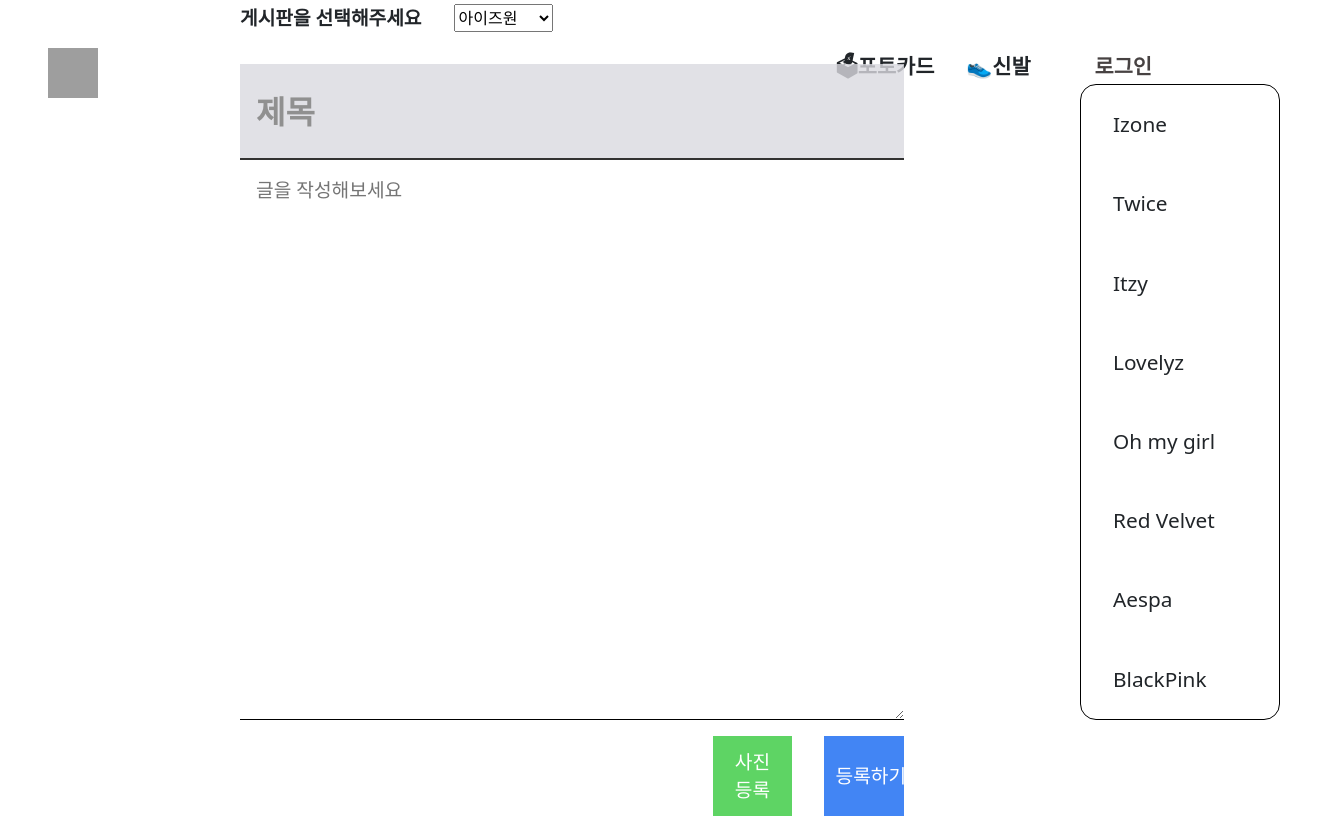
Repository: hwangstar156/goods-trader
Page: /write
An editor plug-in stored every save of this project. The page is shown before and after the next save, followed by the edit.
The browser window is 1280 px wide. The page is 1328 px wide, so the pictures cover 1328 px, including what lies to the right of the window. The pictures show the whole page.
Pictures or frames that could not be fetched are drawn as grey boxes. Some web libraries are served in a nearby version. The project was rebuilt for these pictures with package versions that can differ from the ones it lists, and the page was loaded fresh each time. Also part of the build but not shown: src/App.css, src/component/sign-up/sign-up.component.jsx, src/component/sign-in/sign-in.styles.scss, src/component/sign-in/sign-in.component.jsx, src/component/with-spinner/withSpinner.styles.scss, src/component/with-spinner/withSpinner.component.jsx, src/pages/userprofile/userprofile.styles.scss, src/pages/userprofile/userprofile.utils.js and 7 more.

Above is the page before, as saved 2021-09-05 18:09:36.

### public/index.html
<!DOCTYPE html>
<html lang="en">
  <head>
    <meta charset="utf-8" />
    <link rel="icon" href="%PUBLIC_URL%/favicon.ico" />
    <meta name="viewport" content="width=device-width, initial-scale=1" />
    <meta name="theme-color" content="#000000" />
    <meta
      name="description"
      content="Web site created using create-react-app"
    />
    <link rel="apple-touch-icon" href="%PUBLIC_URL%/logo192.png" />

    <link rel="manifest" href="%PUBLIC_URL%/manifest.json" />
    <script src="https://kit.fontawesome.com/08c91e1c0e.js" crossorigin="anonymous"></script>
    <title>Goods trader</title>
  </head>
  <body>
    <div id="root"></div>
  </body>
</html>

### src/index.js
import React from "react";
import ReactDOM from "react-dom";
import "./index.css";
import App from "./App";
import reportWebVitals from "./reportWebVitals";
import { BrowserRouter } from "react-router-dom";
import { PersistGate } from "redux-persist/integration/react";
import { store, persistor } from "./redux/store";
import { Provider } from "react-redux";
import "bootstrap/dist/css/bootstrap.min.css";
ReactDOM.render(
  <Provider store={store}>
    <BrowserRouter>
      <PersistGate persistor={persistor}>
        <App />
      </PersistGate>
    </BrowserRouter>
  </Provider>,

  document.getElementById("root")
);

// If you want to start measuring performance in your app, pass a function
// to log results (for example: reportWebVitals(console.log))
// or send to an analytics endpoint. Learn more: https://bit.ly/CRA-vitals
reportWebVitals();

### src/App.js
import "./App.css";
import { Switch, Route, Redirect } from "react-router-dom";
import SignUpPage from "./component/sign-up/sign-up.component";
import SignInPage from "./component/sign-in/sign-in.component";
import UserProfileContainer from "./pages/userprofile/userprofile.container";
import React, { useEffect } from "react";
import Header from "./component/header/header.component";
import HomePage from "./pages/homepage.component";
import { useDispatch, useSelector } from "react-redux";
import { selectCurrentUser } from "./redux/user/user.selector";
import { checkUserSession } from "./redux/user/user.action";
import WritePage from "./pages/write/write.pages";
const App = () => {
  const currentUser = useSelector(selectCurrentUser);
  const dispatch = useDispatch();

  useEffect(() => {
    dispatch(checkUserSession());
  }, [dispatch]);
  return (
    <>
      <Header />
      <Switch>
        <Route exact path="/" render={() => <HomePage />} />
        <Route exact path="/signup" component={SignUpPage} />
        <Route
          exact
          path="/signin"
          render={() => (currentUser ? <Redirect to="/" /> : <SignInPage />)}
        />
        <Route exact path="/profile" component={UserProfileContainer}></Route>
        <Route exact path="/write" component={WritePage}></Route>
      </Switch>
    </>
  );
};

export default App;

### src/redux/store.js
import { createStore, applyMiddleware } from "redux";
import logger from "redux-logger";
import { persistStore } from "redux-persist";
import rootReducer from "./root-redux";
import { composeWithDevTools } from "redux-devtools-extension";
import createSagaMiddleware from "redux-saga";
import rootSaga from "./root-saga";

const sagaMiddleware = createSagaMiddleware();
const middlewares = [logger, sagaMiddleware];

const store = createStore(
  rootReducer,
  composeWithDevTools(applyMiddleware(...middlewares))
);
sagaMiddleware.run(rootSaga);
const persistor = persistStore(store);

export { store, persistor };

### src/pages/userprofile/userprofile.container.jsx
import WithSpinner from "../../component/with-spinner/withSpinner.component";
import UserProfilePage from "./userprofile.pages";
import { compose } from "redux";
import { connect } from "react-redux";
import { createStructuredSelector } from "reselect";
import { selectUserFetching } from "../../redux/user/user.selector";

const mapStateToProps = createStructuredSelector({
  isLoading: selectUserFetching,
});

const UserProfileContainer = compose(
  connect(mapStateToProps),
  WithSpinner
)(UserProfilePage);

export default UserProfileContainer;

### src/component/header/header.component.jsx
import React from "react";
import ProfileIcon from "../userprofile/profileicon.component";
import { Link, useHistory } from "react-router-dom";
import "./header.styles.scss";
import { useSelector } from "react-redux";
import {
  selectCurrentUser,
  selectUserLoggedIn,
} from "../../redux/user/user.selector";

const Header = () => {
  const currentUser = useSelector(selectCurrentUser);
  const isLoggedIn = useSelector(selectUserLoggedIn);
  const history = useHistory();
  const handleLogoClick = () => {
    history.push("/");
  };

  return (
    <>
      <div className="header-container">
        <div className="logo" onClick={handleLogoClick}>
          <img
            src="https://www.freepnglogos.com/uploads/logo-website-png/logo-website-file-globe-icon-svg-wikimedia-commons-21.png"
            alt=""
            className="logo-img"
          />
        </div>
        <div className="header-element">
          {isLoggedIn ? (
            <Link className="header-write" to="/write">
              📝글쓰기
            </Link>
          ) : null}

          <div className="header-photocard">🗳포토카드</div>
          <div className="header-sneakers">👟신발</div>
          {currentUser ? (
            <ProfileIcon />
          ) : (
            <Link to="/signin" className="sign-in-btn">
              로그인
            </Link>
          )}
        </div>
      </div>
    </>
  );
};

export default Header;

### src/redux/user/user.selector.js
import { createSelector } from "reselect";

const selectUser = (state) => state.user;

export const selectCurrentUser = createSelector(
  [selectUser],
  (user) => user.currentUser
);

export const selectUserError = createSelector(
  [selectUser],
  (user) => user.error
);

export const selectUserFetching = createSelector(
  [selectUser],
  (user) => user.isFetching
);

export const selectUserLoggedIn = createSelector(
  [selectUser],
  (user) => user.isLoggedIn
);

### src/redux/user/user.action.js
import { UserActionTypes } from "./user.types";

export const googleSignInStart = () => ({
  type: UserActionTypes.GOOGLE_SIGN_IN_START,
});

export const emailSignInStart = (emailAndPassword) => ({
  type: UserActionTypes.EMAIL_SIGN_IN_START,
  payload: emailAndPassword,
});

export const signInSuccess = (user) => ({
  type: UserActionTypes.SIGN_IN_SUCCESS,
  payload: user,
});

export const signInFailure = (err) => ({
  type: UserActionTypes.SIGN_IN_FAILURE,
  payload: err,
});

export const checkUserSession = () => ({
  type: UserActionTypes.CHECK_USER_SESSION,
});

export const signOutStart = () => ({
  type: UserActionTypes.SIGN_OUT_START,
});

export const signOutSuccess = () => ({
  type: UserActionTypes.SIGN_OUT_SUCCESS,
});

export const signOutFailure = (err) => ({
  type: UserActionTypes.SIGN_OUT_FAILURE,
  payload: err,
});

export const signUpStart = (userObj) => ({
  type: UserActionTypes.SIGN_UP_START,
  payload: userObj,
});

export const signUpSuccess = ({ user, additionalData }) => ({
  type: UserActionTypes.SIGN_UP_SUCCESS,
  payload: { user, additionalData },
});

export const signUpFailure = (err) => ({
  type: UserActionTypes.SIGN_UP_FAILURE,
  payload: err,
});

export const refreshUserStart = () => ({
  type: UserActionTypes.REFRESH_USER_START,
});

export const refreshUserSuccess = (user) => ({
  type: UserActionTypes.REFRESH_USER_SUCCESS,
  payload: user,
});

export const refreshUserFailure = (err) => ({
  type: UserActionTypes.REFRESH_USER_FAILURE,
  payload: err,
});

### src/pages/write/write.pages.jsx
import React from "react";
import { useState } from "react";
import { useSelector } from "react-redux";
import { firestore, storageRef } from "../../firebase/firebase.utils";
import { selectCurrentUser } from "../../redux/user/user.selector";
import { v4 as uuidv4 } from "uuid";
import { useRef } from "react";
import MenuAside from "../../component/menu-aside/menu-aside.component";
import "github-markdown-css";
import "./write.styles.scss";
import { selectIdols } from "../../redux/idol/idol.selector";
const WritePage = () => {
  const imgRef = useRef(null);
  const currentUser = useSelector(selectCurrentUser);
  const idolCollection = useSelector(selectIdols);
  const [text, setText] = useState({
    headText: "",
    mainText: "",
  });
  const [file, setFile] = useState("");
  const [boardId, setBoardId] = useState("");
  const { headText, mainText } = text;

  const onSubmit = async (e) => {
    e.preventDefault();
    let fileUrl = "";
    const fileRef = storageRef.child(`${currentUser.id}/${uuidv4()}`);
    const responce = await fileRef.put(file);

    console.log(responce);
    responce.ref.getDownloadURL().then((url) => {
      fileUrl = url;
      imgRef.current.src = url;
    });

    const writing = {
      headText,
      mainText,
      createAt: Date.now(),
      fileUrl,
      boardId,
    };
    firestore.collection("writings").add(writing);
    setFile("");
    setText({
      ...text,
      headText: "",
      mainText: "",
    });
  };

  const onChangeTextInput = (e) => {
    const name = e.target.name;
    setText({
      ...text,
      [name]: e.target.value,
    });
  };

  const onChangeFiles = (e) => {
    const theFile = e.target.files[0];
    if (!theFile) {
      return;
    }
    if (!theFile.type.match(/image.*/)) {
      return;
    }
    setFile(theFile);
  };

  const onChangeSelectIdol = (e) => {
    setBoardId(encodeURIComponent(e.target.value));
  };

  return (
    <div className="write-container">
      <form onSubmit={onSubmit} className="inputs-form">
        <div className="select-container">
          <label htmlFor="">게시판을 선택해주세요</label>
          <select
            name="idol"
            id="select-collection"
            onChange={onChangeSelectIdol}
            className="idol-selector"
          >
            {idolCollection.map(({ id, title }) => (
              <option key={id} value={title}>
                {title}
              </option>
            ))}
          </select>
        </div>

        <input
          type="text"
          name="headText"
          className="head-input"
          value={headText}
          placeholder="제목"
          onChange={onChangeTextInput}
        />
        <textarea
          type="text"
          placeholder="글을 작성해보세요"
          className="main-input"
          name="mainText"
          value={mainText}
          onChange={onChangeTextInput}
        />
        <input
          type="file"
          accept="image/*"
          onChange={onChangeFiles}
          className="file-input"
        />
        <footer className="footer-element">
          <button type="button" className="file-btn">
            사진 등록
          </button>
          <input type="submit" className="submit-btn" value="등록하기" />
        </footer>
      </form>
      <MenuAside className="menu-aside" />
      <div className="image-preview">
        <img src="" alt="" ref={imgRef} />
      </div>
    </div>
  );
};

export default WritePage;

### src/redux/root-redux.js
import { combineReducers } from "redux";
import { persistReducer } from "redux-persist";
import storage from "redux-persist/lib/storage";
import idolReducer from "./idol/idol.reducer";
import userReducer from "./user/user.reducer";
const persistConfig = {
  key: "root",
  storage,
  whitelist: ["cart"],
};

const rootReducer = combineReducers({
  user: userReducer,
  idol: idolReducer,
});

export default persistReducer(persistConfig, rootReducer);

### src/redux/root-saga.js
import { all, call } from "redux-saga/effects";
import { userSagas } from "./user/user.saga";
export default function* rootSaga() {
  yield all([call(userSagas)]);
}

### src/component/sign-up/sign-up.styles.scss
@import url("https://fonts.googleapis.com/css2?family=Poppins&display=swap");
@import url("https://fonts.googleapis.com/css2?family=Jua&display=swap");

* {
  box-sizing: content-box;
  margin: 0;
}
.sign-up-page {
  width: 100%;
  height: 100vh;
  font-family: "Jua", sans-serif;
  & .form-input {
    display: flex;
    flex-direction: column;
    width: 35%;
    justify-content: center;
    margin: 0 auto;
    margin-top: 4rem;
    background-color: skyblue;
    padding: 3rem;
    border-radius: 1rem;

    & h3 {
      font-size: 2rem;
      text-align: center;
      color: black;
    }

    & .sign-up-input {
      margin-top: 2rem;
      height: 3rem;
      background-color: lightgray;
      border: 1px solid black;
      border-radius: 0.5rem;
      font-size: 1rem;
      letter-spacing: 0.1rem;
      padding-left: 1rem;
      &::placeholder {
        letter-spacing: normal;
        font-size: 80%;
        opacity: 1;
      }
    }
  }

  & .sign-up-title {
    display: flex;
    font-style: italic;
    padding-top: 3rem;
    font-size: 3em;

    color: tomato;
    justify-content: center;

    & strong {
      color: blue;
    }
  }

  & .submit-btn {
    width: 20%;
    margin: 4rem auto 0 auto;
    padding: 1rem;
    border-radius: 1.5rem;
    border: transparent;
    background-color: #4285f4;
    color: white;
    font-size: 1rem;

    &:hover {
      cursor: pointer;
      background-color: #357ae8;
    }
  }
}

### src/component/header/header.styles.scss
@import url("https://fonts.googleapis.com/css2?family=Jua&display=swap");

.header-container {
  display: flex;
  position: relative;
  left: 3rem;
  top: 3rem;
  & .logo-img {
    width: 50px;
    height: 50px;
    cursor: pointer;
  }

  & .header-element {
    display: flex;
    position: absolute;
    right: 11rem;
    font-size: 1.3rem;
    line-height: 40px;
    font-weight: 600;
    font-family: "Jua", sans-serif;

    & .header-write {
      text-decoration: none;
      color: rgb(71, 66, 66);
    }

    & .sign-in-btn {
      text-decoration: none;
      color: rgb(71, 66, 66);
    }
    & .header-write {
      margin-right: 2rem;
    }

    & .header-photocard {
      margin-right: 2rem;
    }

    & .header-sneakers {
      margin-right: 4rem;
    }
  }
}

### src/redux/user/user.types.js
export const UserActionTypes = {
  GOOGLE_SIGN_IN_START: "GOOGLE_SIGN_IN_START",
  EMAIL_SIGN_IN_START: "EMAIL_SIGN_IN_START",
  SIGN_IN_SUCCESS: "SIGN_IN_SUCCESS",
  SIGN_IN_FAILURE: "SIGN_IN_FAILURE",
  CHECK_USER_SESSION: "CHECK_USER_SESSION",
  SIGN_OUT_START: "SIGN_OUT_START",
  SIGN_OUT_SUCCESS: "SIGN_OUT_SUCCESS",
  SIGN_OUT_FAILURE: "SIGN_OUT_FAILURE",
  SIGN_UP_START: "SIGN_UP_START",
  SIGN_UP_SUCCESS: "SIGN_UP_SUCCESS",
  SIGN_UP_FAILURE: "SIGN_UP_FAILURE",
  CHANGE_USER_IMAGE: "CHANGE_USER_IMAGE",
  REFRESH_USER_START: "REFRESH_USER_START",
  REFRESH_USER_SUCCESS: "REFRESH_USER_REFRESH_USER_SUCCESS",
  REFRESH_USER_FAILURE: "REFRESH_USER_FAILURE",
};

### src/component/menu-aside/menu-aside.component.jsx
import React from "react";
import "./menu-aside.styles.scss";
const MenuAside = () => {
  return (
    <aside>
      <ul className="menu-aside">
        <li>Izone</li>
        <li>Twice</li>
        <li>Itzy</li>
        <li>Lovelyz</li>
        <li>Oh my girl</li>
        <li>Red Velvet</li>
        <li>Aespa</li>
        <li>BlackPink</li>
      </ul>
    </aside>
  );
};

export default MenuAside;

### src/pages/write/write.styles.scss
.write-container {
  height: 100vh;
  display: flex;
  justify-content: center;
  align-items: center;



  & .inputs-form {
    display: flex;
    flex-direction: column;
    margin-left: 15rem;
    margin-right: 6rem;
    width: 900px;
    & .select-container {
        display: flex;
        margin-bottom: 2rem;
        & label{
            font-size: 1.2rem;
            font-weight: 600;
            font-family: 'Segoe UI', Tahoma, Geneva, Verdana, sans-serif;

        }

    & .idol-selector{
        margin-left: 2rem;
        width: 15%;
        display: inline-block;
    }
    }

    & .head-input {
      height: 6rem;
      border: none;
      border-bottom: 2px solid black;
      background-color: rgb(218, 218, 224);
      opacity: 0.8;
      padding-left: 1rem;
      font-weight: 600;
      font-size: 2rem;
      &:focus {
        outline: none;
      }
    }

    & .main-input {
      border: none;
      border-bottom: 1px solid black;
      height: 35rem;
      padding: 1rem 0 0 1rem;
      font-size: 1.2rem;
      &:focus {
        outline: none;
      }
    }

     & .file-input{
         display: none;
     }
    & .footer-element{
        display: flex;
        & .file-btn{
            width: 12%;
            padding: 0.7rem;
            margin-left: auto;
            margin-top: 1rem;
            margin-right: 2rem;
            color: white;
            border: none;
            font-size: 1.2rem;
            background-color: #5ed464;
            &:hover{
                background-color: #45be4b;
            }
        }
        & .submit-btn{
            width: 12%;
            padding: 0.7rem;
            margin-top: 1rem;
            color: white;
            border: none;
            font-size: 1.2rem;
            background-color: #4285f4;
            &:hover{
                background-color: #357ae8;
            }
        }
    }
  }
}

### src/redux/idol/idol.selector.js
import { createSelector } from "reselect";

const selectIdol = (state) => state.idol;

export const selectIdols = createSelector(
  [selectIdol],
  (idol) => idol.sections
);

### src/redux/idol/idol.reducer.js
import idolData from "./idol.data";
import IdolTypeActions from "./idol.type";
const idolReducer = (state = idolData, action) => {
  switch (action.type) {
    case IdolTypeActions.CHANGE_IMAGE_SIZE:
      return {
        ...state,
        imageUrl: action.payload,
      };
    default:
      return state;
  }
};

export default idolReducer;

### src/redux/user/user.reducer.js
import { UserActionTypes } from "./user.types";

const INITIAL_STATE = {
  currentUser: null,
  error: null,
  isFetching: true,
  isLoggedIn: false,
};

const userReducer = (state = INITIAL_STATE, action) => {
  switch (action.type) {
    case UserActionTypes.REFRESH_USER_START:
    case UserActionTypes.CHECK_USER_SESSION:
      return {
        ...state,
        isFetching: true,
      };
    case UserActionTypes.REFRESH_USER_SUCCESS:
    case UserActionTypes.SIGN_IN_SUCCESS:
      return {
        ...state,
        currentUser: action.payload,
        error: null,
        isFetching: false,
        isLoggedIn: true,
      };
    case UserActionTypes.SIGN_OUT_SUCCESS:
      return {
        ...state,
        currentUser: null,
        error: null,
        isLoggedIn: false,
      };
    case UserActionTypes.REFRESH_USER_FAILURE:
    case UserActionTypes.SIGN_IN_FAILURE:
    case UserActionTypes.SIGN_OUT_FAILURE:
    case UserActionTypes.SIGN_UP_FAILURE:
      return {
        ...state,
        error: action.payload,
      };
    default:
      return state;
  }
};

export default userReducer;

### src/component/menu-aside/menu-aside.styles.scss
.menu-aside {
    list-style: none;
    min-width: 200px;
    margin-left: 5rem;
    border-radius: 1rem;
    border: 1px solid black;
    padding-left: 0;

    & li {
        margin-left: 0;
      padding: 1.5rem 0 1.5rem 2rem;
      font-size: 1.3rem;
      border-radius: 1rem;
      &:hover{
          background-color: rgb(169, 169, 255);
          color: white;
        cursor:pointer;
      }
    }
  }

### src/redux/idol/idol.data.js
const idolData = {
  sections: [
    {
      title: "아이즈원",
      imageUrl:
        "https://data.ygosu.com/editor/attach/20190226/20190226183618_zltermyq.png",
      id: 1,
      linkUrl: "collection/izone",
    },
    {
      title: "트와이스",
      imageUrl: "https://pbs.twimg.com/media/Cy3Wj-5UAAAnKhC.jpg",
      id: 2,
      linkUrl: "collection/twice",
    },
    {
      title: "itzy",
      imageUrl: "https://t1.daumcdn.net/cfile/tistory/998490455C7ABBF703",
      id: 3,
      linkUrl: "collection/itzy",
    },
    {
      title: "러블리즈",
      imageUrl: "https://pbs.twimg.com/media/DNoNIHMUEAAQRai.jpg:large",
      id: 4,
      linkUrl: "collection/lovelyz",
    },
    {
      title: "오마이걸",
      imageUrl:
        "https://blog.kakaocdn.net/dn/tegj9/btqyuFpCiAj/KCKVi3ABV1KA1duQLSm1c1/img.jpg",
      id: 5,
      linkUrl: "collection/omygirl",
    },
    {
      title: "레드벨벳",
      imageUrl:
        "https://blog.kakaocdn.net/dn/bvtVxD/btqMfhWcXgE/anTtVfo6r12XiVNOLuhlkK/img.png",
      id: 6,
      linkUrl: "collection/redvelvet",
    },
    {
      title: "에스파",
      imageUrl: "https://pbs.twimg.com/media/Er64LL-VQAA708Y.jpg",
      id: 7,
      linkUrl: "collection/aespa",
    },
    {
      title: "블랙핑크",
      imageUrl:
        "https://www.wallpapertip.com/wmimgs/96-966442_blackpink-hd.jpg",
      id: 8,
      linkUrl: "collection/blackpink",
    },
  ],
};

export default idolData;

### src/redux/idol/idol.type.js
const IdolTypeActions = {
  CHANGE_IMAGE_SIZE: "CHANGE_IMAGE_SIZE",
};

export default IdolTypeActions;

### src/menu-item/menu-item.styles.scss
* {
  box-sizing: content-box;
  margin: 0;
}

.menu-item {
  overflow: hidden;
  min-width: 30%;
  &:hover {
    cursor: pointer;

    & .background-image {
      transform: scale(1.04);
      transition: transform 2s cubic-bezier(0.25, 0.45, 0.45, 0.95);

      & .content {
        opacity: 0.9;
      }
    }
  }
  & .background-image {
    position: relative;
    height: 700px;

    background-size: cover;
    background-repeat: no-repeat;
    background-position: center;

    & .content {
      position: absolute;
      width: 7.5rem;
      height: 7.5rem;
      display: flex;
      flex-direction: column;
      align-items: center;
      justify-content: center;
      border: 1px solid black;
      top: 50%;
      left: 50%;
      background-color: white;
      opacity: 0.7;
      transform: translate(-50%, -50%);
      border-radius: 0.5rem;
      & .title {
        font-weight: bold;
        margin: 0 3px 0;
        font-size: 20px;
        color: #4a4a4a;
        font-family: sans-serif;
      }
    }
  }
}

Loaded but not shown: src/index.css (common file); src/reportWebVitals.js (common file); src/redux/user/user.saga.js (119 lines, source omitted); src/firebase/firebase.utils.js (87 lines, source omitted)

After the next save:
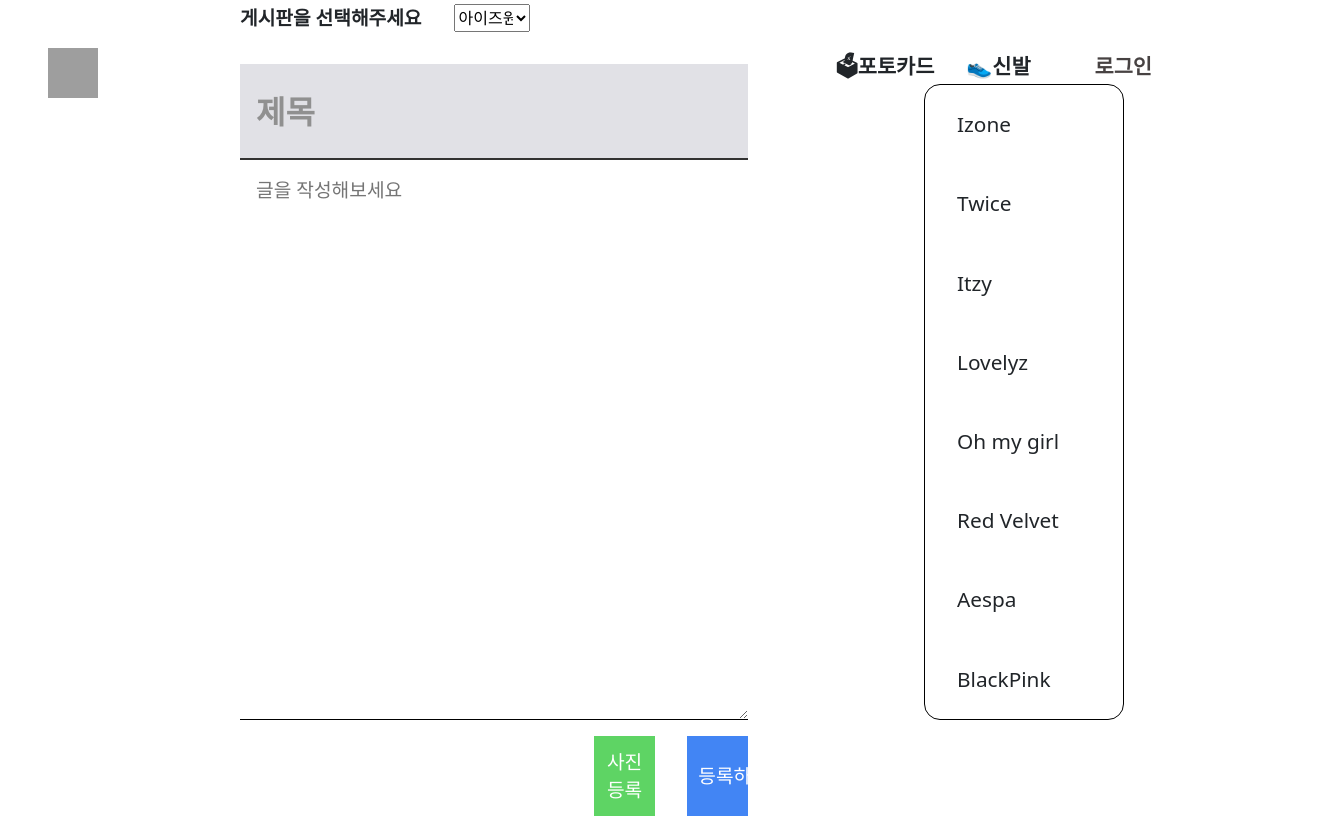
Saved 2 min 29 s later.
--- a/src/pages/write/write.styles.scss
+++ b/src/pages/write/write.styles.scss
@@ -4,7 +4,13 @@
   justify-content: center;
   align-items: center;
 
-
+  & .image-preview{
+      width: 512px;
+      height: 315px;
+      background-repeat: no-repeat;
+      background-position: center;
+      background-size: contain;
+  }
 
   & .inputs-form {
     display: flex;
